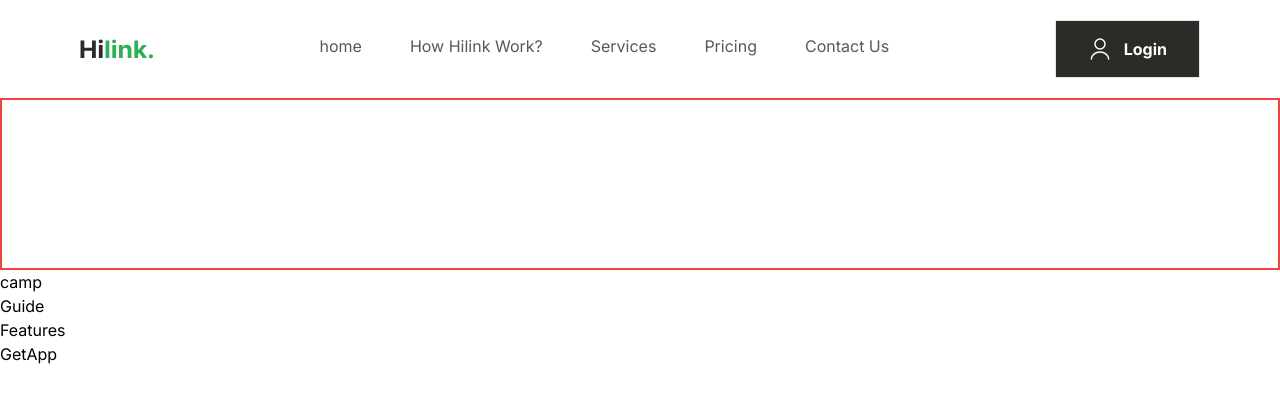
Repository: abdulrahmanmahmood/Travel-App
Page: /
These files come from the project's save history. The page is drawn as it stood at one moment and after the next save; the edit follows.
The browser window is 1280 px wide. The pictures show the whole page.
The project was rebuilt for these pictures with package versions that can differ from the ones it lists, and the page was loaded fresh each time. The framework's server and built-in components were replaced by stand-ins that run in the browser. Also part of the build but not shown: next.config.js.

Above is the page before, as saved 2023-11-01 13:55:17.

After the next save:
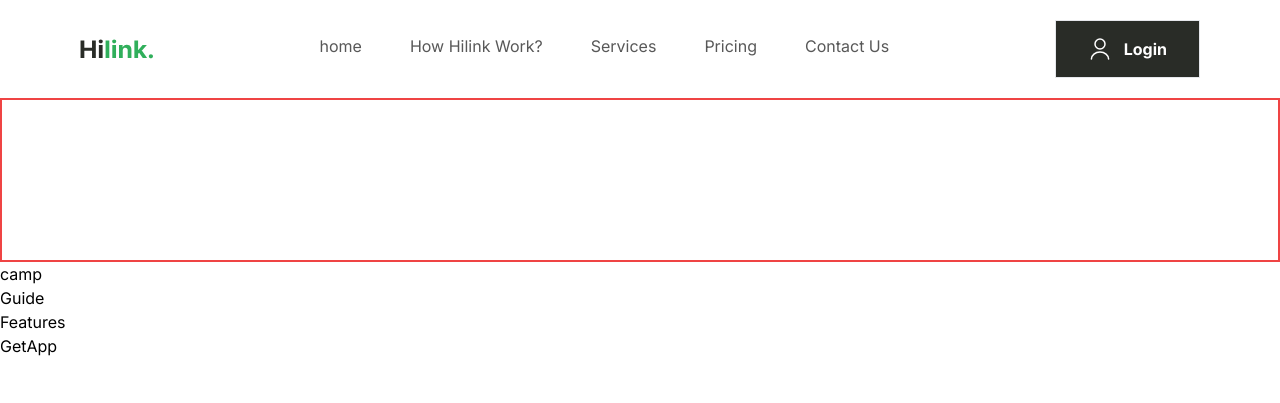
Saved 12 s later.
--- a/components/Hero.tsx
+++ b/components/Hero.tsx
@@ -1,7 +1,7 @@
 function Hero() {
   return (
     <section className="max-container padding-container flex flex-col gap-20
-    py-10 pb-32 md:gap-27 border-2 border-red-500"></section>
+    py-10 pb-32 md:gap-27 lg:py-20  border-2 border-red-500"></section>
   );
 }
 
